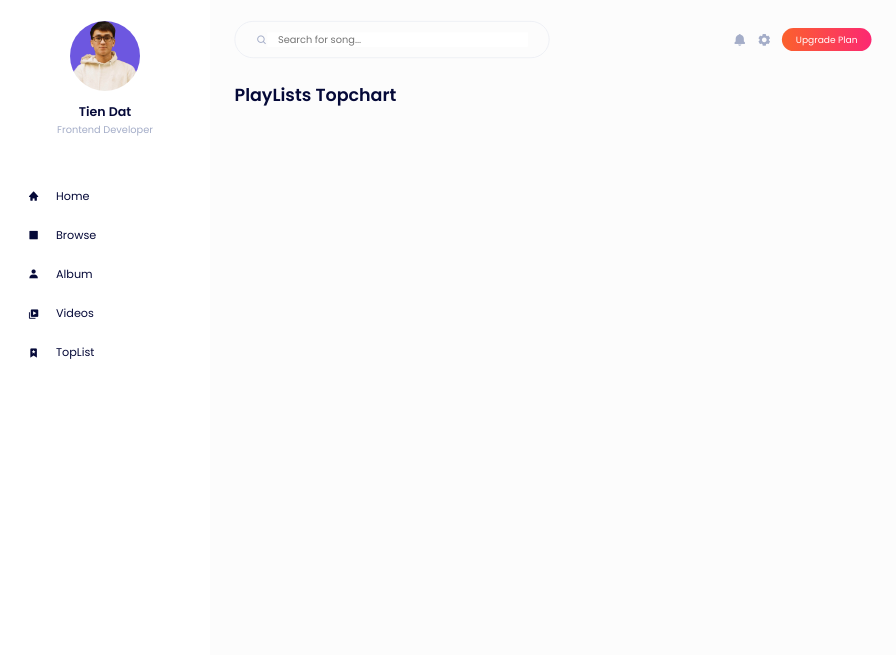
Repository: Datt21/music-webapp
Page: index.html
The author's editor kept a copy of each file at every save. The page is drawn from the files as they stood at one save, then again after the next save.
The browser window is 1280 px wide. The pictures show the part of the page from y = 0 to 1920 px (the page is 936 px tall before and 5598 px after), at 70% of full size.
The style sheet was rebuilt from its Sass, Less or Tailwind sources for each picture, by a compiler version that may differ from the author's.

Above is the page before, as saved 2021-09-05 05:29:41.

After the next save:
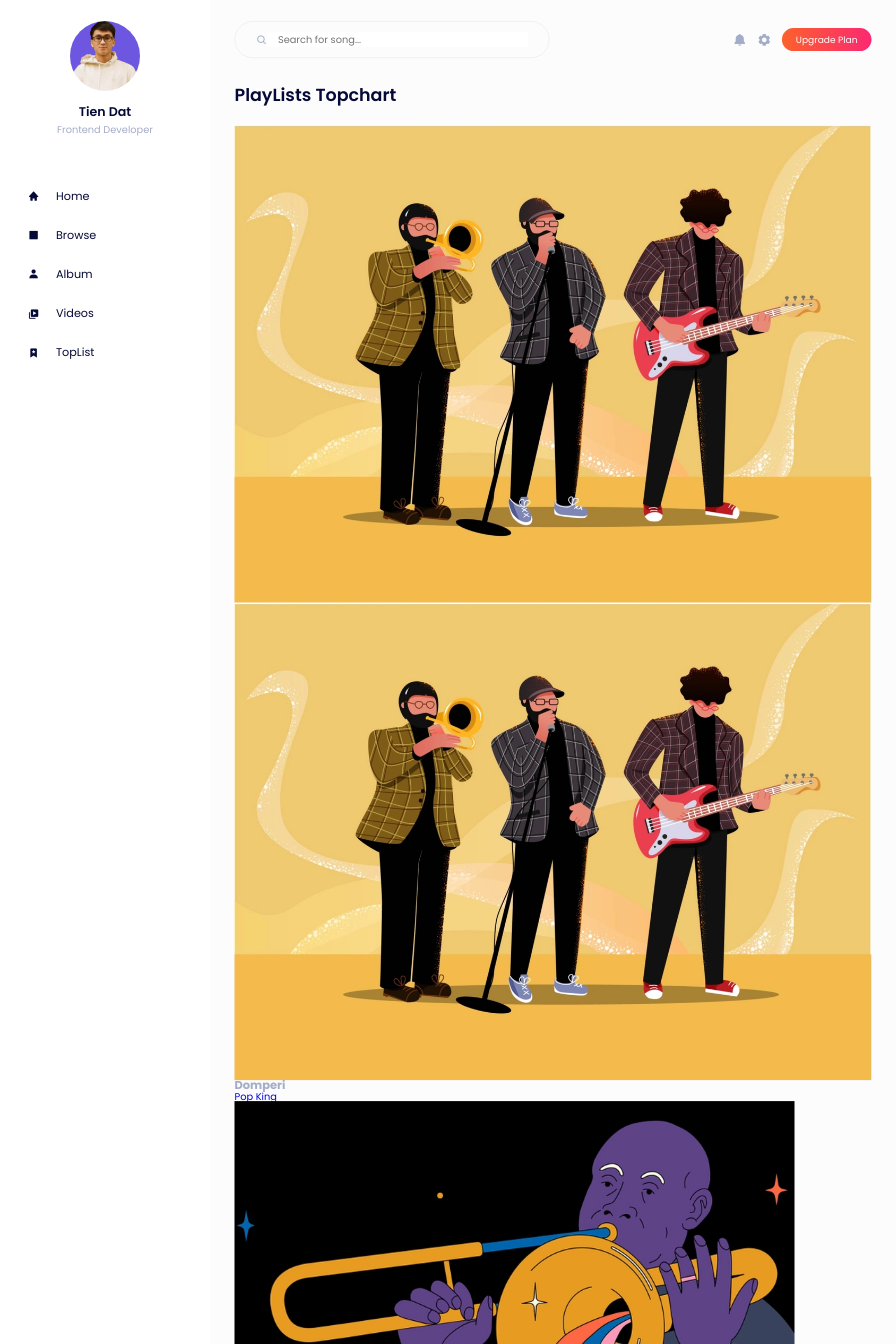
Saved 11 min 53 s later.
--- a/index.html
+++ b/index.html
@@ -77,6 +77,43 @@
                 <h2 class="heading">PlayLists Topchart</h2>
             </div>
             <!-- list -->
+            <div class="billboard">
+                <div class="billboard-item">
+                    <div class="billboard-media">
+                        <img src="./images/musicband.jpg" alt="" class="billboard-image">
+                        <img src="./images/musicband.jpg" alt="" class="billboard-image-shadow">
+                    </div>
+                    <h3 class="billboard-title">Domperi</h3>
+                    <a href="#" class="billboard-type">Pop King</a>
+                </div>
+                <div class="billboard-item">
+                    <div class="billboard-media">
+                        <img src="./images/single.jpg" alt="" class="billboard-image">
+                        <img src="./images/single.jpg" alt="" class="billboard-image-shadow">
+                    </div>
+                    <h3 class="billboard-title">Domperi</h3>
+                    <a href="#" class="billboard-type">Pop King</a>
+                </div>
+                <div class="billboard-item">
+                    <div class="billboard-media">
+                        <img src="./images/Beat.jpg" alt="" class="billboard-image">
+                        <img src="./images/Beat.jpg" alt="" class="billboard-image-shadow">
+                    </div>
+                    <h3 class="billboard-title">Domperi</h3>
+                    <a href="#" class="billboard-type">Pop King</a>
+                </div>
+                <div class="billboard-item">
+                    <div class="billboard-media">
+                        <img src="./images/diadon.jpg" alt="" class="billboard-image">
+                        <img src="./images/diadon.jpg" alt="" class="billboard-image-shadow">
+                    </div>
+                    <h3 class="billboard-title">Domperi</h3>
+                    <a href="#" class="billboard-type">Pop King</a>
+                </div>
+
+
+            </div>
+            <!-- end list -->
 
 
         </div>
